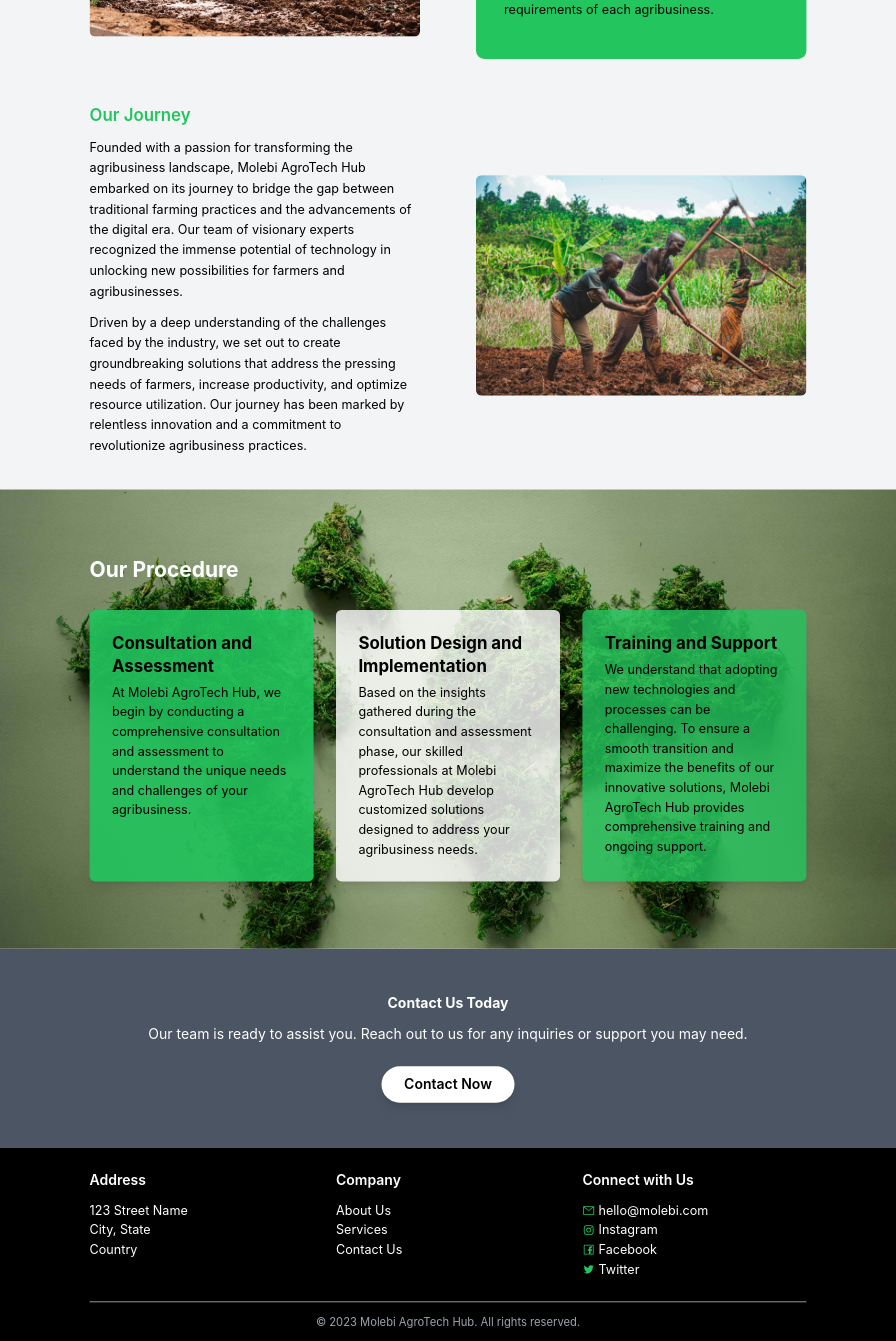
Repository: akinolapo/agric-tech
Page: /about
These files come from the project's save history. The page is drawn as it stood at one moment and after the next save; the edit follows.
The browser window is 1280 px wide. The pictures show the part of the page from y = 916 to 2836 px (the page is 2832 px tall before and 2836 px after), at 70% of full size.
The project was rebuilt for these pictures with package versions that can differ from the ones it lists, and the page was loaded fresh each time. Also part of the build but not shown: src/components/Hero.jsx, src/components/ImageText.jsx, src/components/TwoColumnMasonry.jsx, src/components/TwoColumnComponent.jsx, src/App.jsx.

Above is the page before, as saved 2023-05-28 20:43:12.

After the next save:
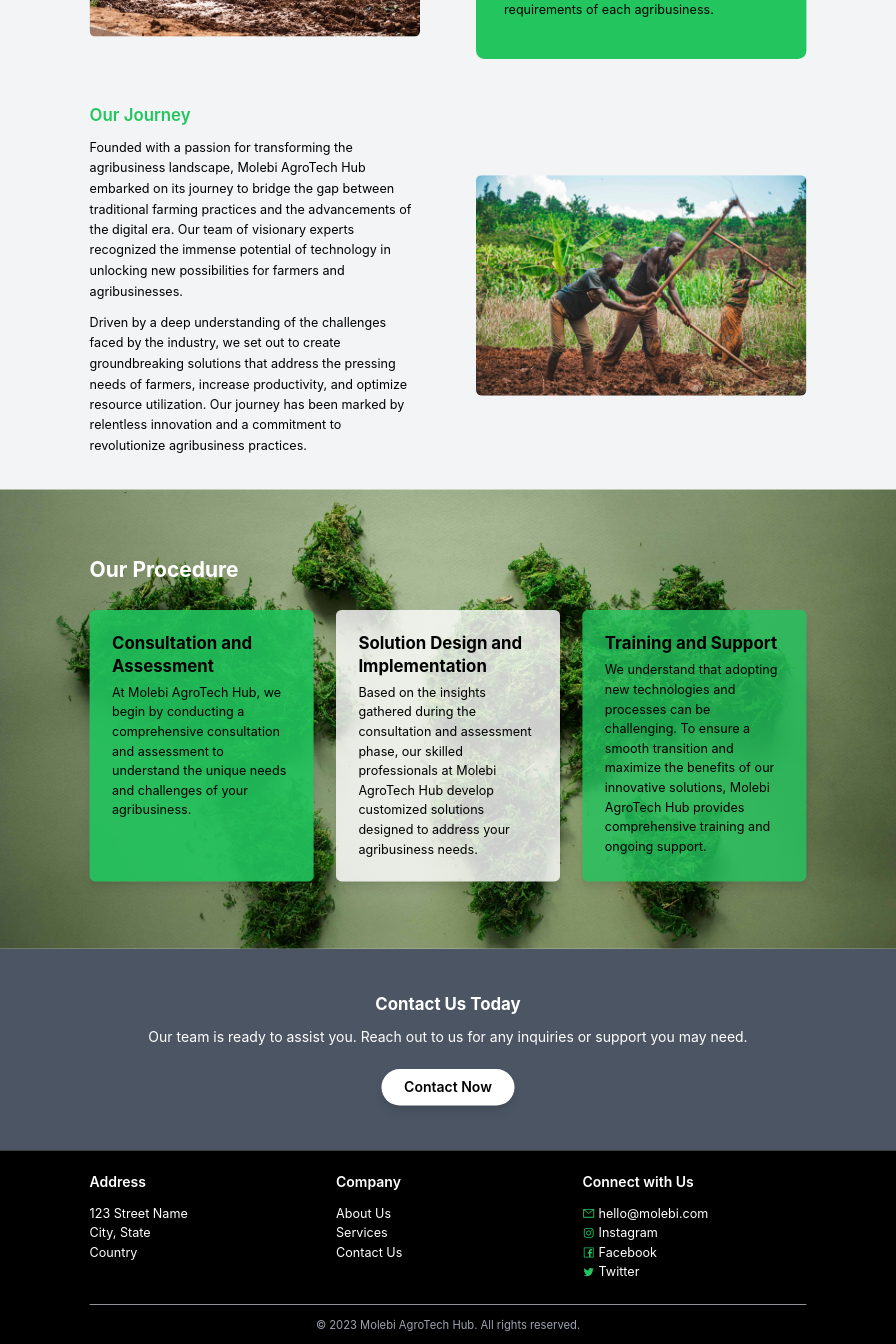
Saved 9 s later.
--- a/src/components/CTA.jsx
+++ b/src/components/CTA.jsx
@@ -3,7 +3,7 @@ import React from 'react';
 const CTA = () => {
   return (
     <div className="text-white bg-gray-600 text-center py-8 px-4 sm:py-16 sm:px-8">
-      <h1 className="text-xl font-bold mb-4">Contact Us Today</h1>
+      <h1 className="text-2xl font-bold mb-4">Contact Us Today</h1>
       <p className="text-lg sm:text-xl mb-8">
         Our team is ready to assist you. Reach out to us for any inquiries or support you may need.
       </p>
